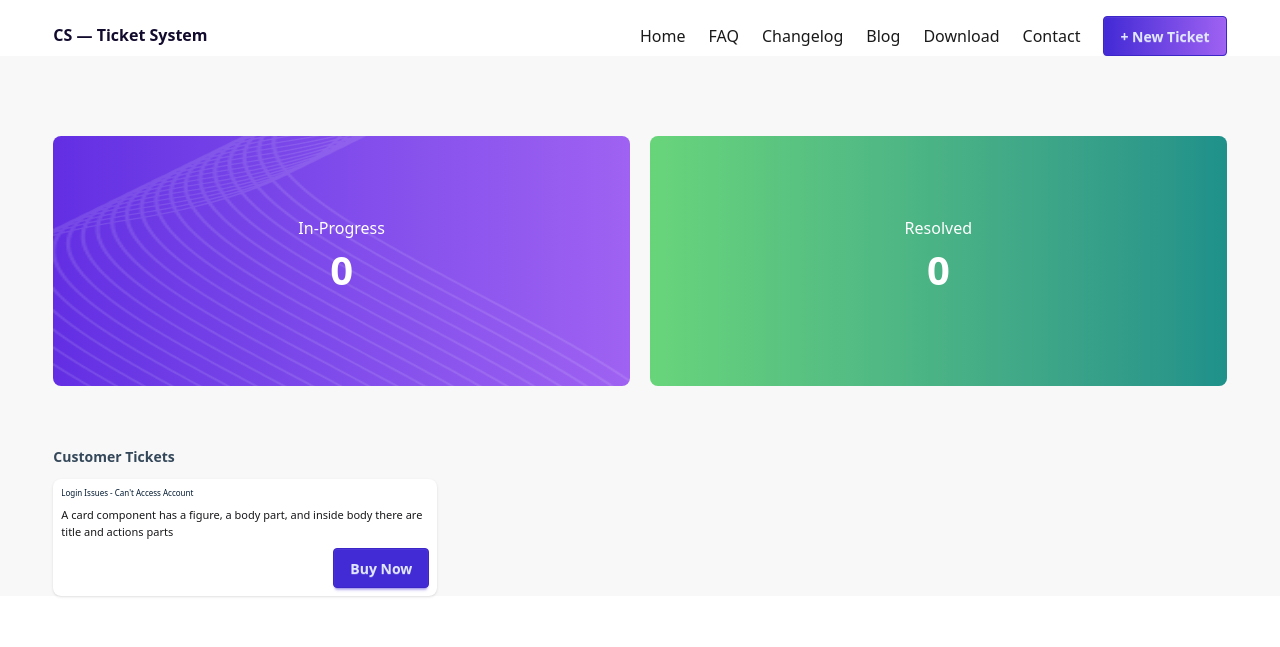
Repository: SanjidaSnigdha/Customer-Support-Zone
Page: /
These files come from the project's save history. The page is drawn as it stood at one moment and after the next save; the edit follows.
The browser window is 1280 px wide. The pictures show the whole page.
The project was rebuilt for these pictures with package versions that can differ from the ones it lists, and the page was loaded fresh each time. Also part of the build but not shown: vite.config.js, src/App.css.

Above is the page before, as saved 2026-03-24 03:27:16.

### index.html
<!doctype html>
<html lang="en">
  <head>
    <meta charset="UTF-8" />
    <link rel="icon" type="image/svg+xml" href="/favicon.svg" />
    <meta name="viewport" content="width=device-width, initial-scale=1.0" />
    <title>customer-support-zone</title>
  </head>
  <body>
    <div id="root"></div>
    <script type="module" src="/src/main.jsx"></script>
  </body>
</html>

### src/index.css
 @import "tailwindcss";
 @plugin "daisyui" {
  themes: light --default, dark --prefersdark;
  themes: light --default;
 }

### src/App.jsx
import { Suspense, useState } from 'react'
import './App.css'
import Navbar from './component/Navbar/Navbar'
import Banner from './component/Banner/Banner'
import CustomerTickets from './component/CustomerTickets/CustomerTickets'

const fetchTickets = async()=>{
  const res = await fetch("/customers.json")
  return res.json()
}

function App() {
  const customerPromise = fetchTickets()

  return (
    <>
    <div className='flex flex-col'>
   <Navbar></Navbar>
   <div className='flex-1 bg-base-200'>
    <Banner></Banner>
    <Suspense fallback={<span className="loading loading-spinner loading-xl"></span>
}>
          <CustomerTickets customerPromise={customerPromise}></CustomerTickets>

    </Suspense>
   </div>
   </div>

    </>
  )
}

export default App

### src/component/Navbar/Navbar.jsx
import React from 'react';

const Navbar = () => {
    return (
        <div className='flex justify-between w-11/12 mx-auto mt-4'>
            <div className='navbar-start'>
                <h1 className='w-[833px] h-[26px] font-bold text-[#130B2D]'>CS — Ticket System</h1>
            </div>
            <div className='navbar-end justify-between gap-3 text-[#000000]/90'>
                <a>Home</a>
                <a>FAQ</a>
                <a>Changelog</a>
                <a>Blog</a>
                <a>Download</a>
                <a>Contact</a>
         <button className='btn btn-primary bg-gradient-to-r from [#632EE3] to-[#9F62F2]'>+ New Ticket</button>
            </div>
        </div>
    );
};

export default Navbar;

### src/component/Banner/Banner.jsx
import React from 'react';
import vectorImg1 from '../../assets/vector1.png'
import vectorImg2 from '../../assets/vector2.png'

const Banner = () => {
    return (
        <div className='flex justify-between w-11/12 mx-auto mt-20 gap-5'>
            <div className='relative'>
             <img src={vectorImg1} alt="" className=' bg-gradient-to-r from-[#632EE3] to-[#9F62F2] w-[700px] h-[250px] rounded-[8px]'/>
             <p className='absolute text-center inset-20 text-[#FFFFFF]'>In-Progress<br /><span className='font-bold text-[#FFFFFF] text-[40px]'>
                0</span></p>

            </div>
            <div className='relative'>
      <img src={vectorImg2} alt="" className='bg-gradient-to-r from-[#54CF68] to-[#00827A] w-[700px] h-[250px] rounded-[8px]'/>
        <p className='absolute text-center inset-20 text-[#FFFFFF]'>Resolved<br /><span className='font-bold text-[#FFFFFF] text-[40px]'>
                0</span></p>

            </div>
        </div>
    );
};

export default Banner;

### src/component/CustomerTickets/CustomerTickets.jsx
import React, { use } from 'react';
const CustomerTickets = ({customerPromise}) => {
    const customerTicket = use(customerPromise)
    console.log(customerTicket)
    return (
        <div className='w-11/12 mx-auto'>
        <h1 className='font-semibold text-[#34485A] text-[14px] mt-15'>Customer Tickets</h1>

       <div className="card w-96 bg-base-100 card-xs shadow-sm mt-3">
  <div className="card-body">
    <h2 className="card-title text-[#001931] font-medium text-[8px]">Login Issues - Can't Access Account</h2>
    <p>A card component has a figure, a body part, and inside body there are title and actions parts</p>
    <div className="justify-end card-actions">
      <button className="btn btn-primary">Buy Now</button>
    </div>
  </div>
</div>
        </div>
    );
};

export default CustomerTickets;

### public/customers.json
[
  {
    "id": 1,
    "title": "Login Issue",
    "description": "Customer unable to login with correct credentials.",
    "customer": "Alice Johnson",
    "priority": "High",
    "status": "Open",
    "createdAt": "2026-03-20T10:15:00Z"
  },
  {
    "id": 2,
    "title": "Payment Failure",
    "description": "Transaction failed while trying to purchase subscription.",
    "customer": "Bob Smith",
    "priority": "High",
    "status": "Pending",
    "createdAt": "2026-03-21T14:22:00Z"
  },
  {
    "id": 3,
    "title": "Feature Request",
    "description": "Request to add dark mode in dashboard.",
    "customer": "Charlie Brown",
    "priority": "Medium",
    "status": "Open",
    "createdAt": "2026-03-22T09:30:00Z"
  },
  {
    "id": 4,
    "title": "Bug in Reports",
    "description": "Monthly report shows incorrect sales numbers.",
    "customer": "Diana Prince",
    "priority": "High",
    "status": "In Progress",
    "createdAt": "2026-03-22T11:45:00Z"
  },
  {
    "id": 5,
    "title": "Password Reset",
    "description": "Customer forgot password and cannot reset it via email.",
    "customer": "Ethan Hunt",
    "priority": "Medium",
    "status": "Resolved",
    "createdAt": "2026-03-23T08:10:00Z"
  },
  {
    "id": 6,
    "title": "Account Deactivation",
    "description": "Customer wants to deactivate account permanently.",
    "customer": "Fiona Gallagher",
    "priority": "Low",
    "status": "Pending",
    "createdAt": "2026-03-23T12:05:00Z"
  },
  {
    "id": 7,
    "title": "App Crash",
    "description": "Mobile app crashes when opening settings page.",
    "customer": "George Martin",
    "priority": "High",
    "status": "Open",
    "createdAt": "2026-03-24T07:50:00Z"
  },
  {
    "id": 8,
    "title": "Invoice Issue",
    "description": "Invoice generated shows wrong billing amount.",
    "customer": "Hannah Lee",
    "priority": "Medium",
    "status": "In Progress",
    "createdAt": "2026-03-24T09:30:00Z"
  },
  {
    "id": 9,
    "title": "Email Notifications",
    "description": "Customer not receiving notification emails.",
    "customer": "Ian Curtis",
    "priority": "Medium",
    "status": "Open",
    "createdAt": "2026-03-24T10:00:00Z"
  },
  {
    "id": 10,
    "title": "Data Export",
    "description": "Unable to export CSV from analytics dashboard.",
    "customer": "Jessica Alba",
    "priority": "Low",
    "status": "Resolved",
    "createdAt": "2026-03-24T11:15:00Z"
  }
]

Loaded but not shown: src/main.jsx (common file)

After the next save:
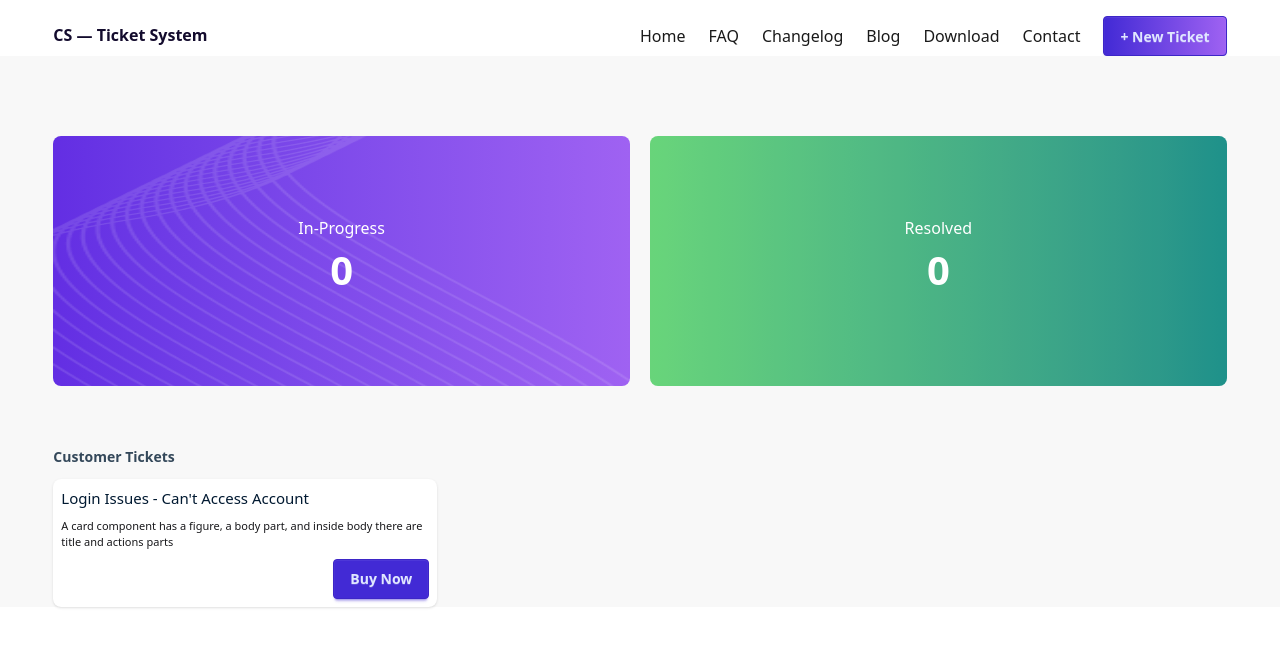
Saved 7 s later.
--- a/src/component/CustomerTickets/CustomerTickets.jsx
+++ b/src/component/CustomerTickets/CustomerTickets.jsx
@@ -8,7 +8,7 @@ const CustomerTickets = ({customerPromise}) => {
 
        <div className="card w-96 bg-base-100 card-xs shadow-sm mt-3">
   <div className="card-body">
-    <h2 className="card-title text-[#001931] font-medium text-[8px]">Login Issues - Can't Access Account</h2>
+    <h2 className="card-title text-[#001931] font-medium text-[15px]">Login Issues - Can't Access Account</h2>
     <p>A card component has a figure, a body part, and inside body there are title and actions parts</p>
     <div className="justify-end card-actions">
       <button className="btn btn-primary">Buy Now</button>
